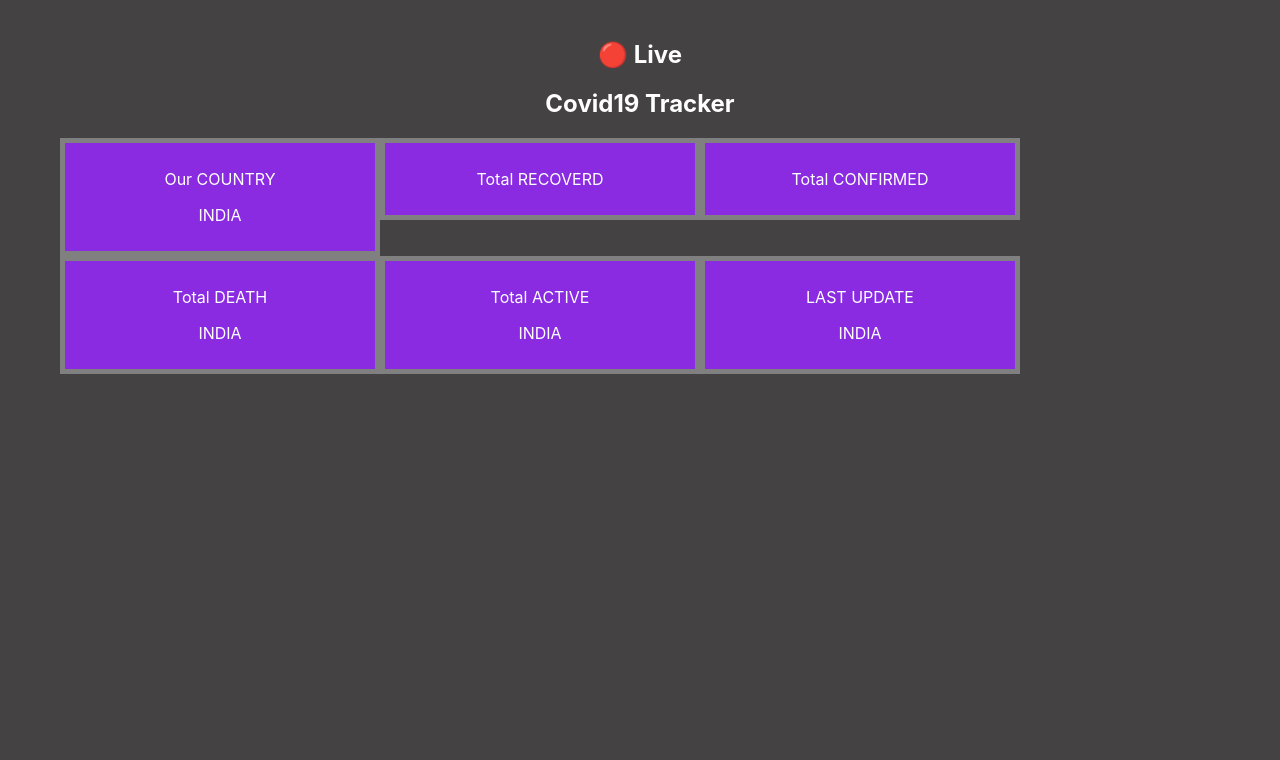
Repository: Aniketlamage/covid19-dashboard
Page: /
An editor plug-in stored every save of this project. The page is shown before and after the next save, followed by the edit.
The browser window is 1280 px wide. The pictures show the whole page.
The page's requests for data from a server got no answer. The project was rebuilt for these pictures with package versions that can differ from the ones it lists, and the page was loaded fresh each time. No one was signed in, and anything a server would have sent is missing.

Above is the page before, as saved 2021-09-30 15:06:08.

### src/App.js
import React from 'react'
import Covid from './components/covid';
const App = () => {
return(
<>
<Covid />
</>
)
}

export default App;

### src/components/covid.js
import React, { useEffect, useState } from 'react'
import "./covid.css"

const Covid = () => {
    const [data, setData] =  useState([]);
    const getCovidData = async () =>{
        try{
            const res = await fetch('https://data.covid19india.org/data.json')
            const actualData = await res.json();
            console.log(actualData.statewise[0]);
            setData(actualData.statewise[0]);
           }
        catch(err){console.log(err);}
    }

    useEffect(() => {
        getCovidData ();
    }, []);
return(

<>
<section>
<h1>🔴 Live </h1>
<h2>Covid19 Tracker</h2>

<ul>
    <li className = "card">
        <div className ="card__main">
            <div className ="card__inner">
                <p className="card__name"><span> Our </span> COUNTRY </p>
                <p classname="card__total card__small">INDIA</p>
            </div>
        </div>
    </li>
    <li className = "card">
        <div className ="card__main">
            <div className ="card__inner">
                <p className="card__name"><span> Total </span> RECOVERD </p>
                <p classname="card__total card__small">{data.recovered}</p>
            </div>
        </div>
    </li><li className = "card">
        <div className ="card__main">
            <div className ="card__inner">
                <p className="card__name"><span> Total </span> CONFIRMED </p>
                <p classname="card__total card__small">{data.confirmed}</p>
            </div>
        </div>
    </li><li className = "card">
        <div className ="card__main">
            <div className ="card__inner">
                <p className="card__name"><span> Total </span> DEATH </p>
                <p classname="card__total card__small">INDIA</p>
            </div>
        </div>
    </li><li className = "card">
        <div className ="card__main">
            <div className ="card__inner">
                <p className="card__name"><span> Total </span> ACTIVE </p>
                <p classname="card__total card__small">INDIA</p>
            </div>
        </div>
    </li><li className = "card">
        <div className ="card__main">
            <div className ="card__inner">
                <p className="card__name"><span> LAST </span> UPDATE </p>
                <p classname="card__total card__small">INDIA</p>
            </div>
        </div>
    </li>
</ul>
</section>
</>

)

}
export default Covid;

### src/components/covid.css

/*  Basic Styling */
.main,body {
    background-color: rgb(68, 66, 66);
    padding: 20px;
    text-align: center;
    min-height: 100vh;
    align-items: center;

}

h1, p, h2 {
    color: white;
}

ul{
    list-style-type:none;
    display: flex;
    flex-wrap: wrap;
}
div.card__inner {
    background-color: blueviolet;
    width: 290px;
    padding: 10px;
    border: 5px solid gray;
    margin: 0;
    align-items: center;
  }
.card_main {
    height: 150px;
    width: 400px;
    margin: 25px;
    align-items: center;
    background-color: rgb(116, 116, 209);
}

.card_name{
    font-size: 25px;
    font-weight: bold;
}

.card_name span {
    font-size: 15px;
}

.card_total {
    font-size: 20px;
    font-weight: bold;

}
.card__small {
    font-size: 80px;
}
@media (max-width: 700px)
{
    .card_total{font-size: 70px;}
}
@media (max-width: 700px)
{
    .card{
        width: 100%;
        height: 290px;
        margin-right: 0;
        float: none;
    }
    .card .card__inner,
    .card .card__back{
        height: 290px;
    }
}

.card {
    transition: transform .3s;
  }

  .card :hover {
    transition: transform .3s;
    -ms-transform: scale(1.2);
    -webkit-transform: scale(1.2);
    transform: scale(1.2);
  }

Loaded but not shown: public/index.html (common file); src/index.js (common file); src/index.css (common file); src/reportWebVitals.js (common file)

After the next save:
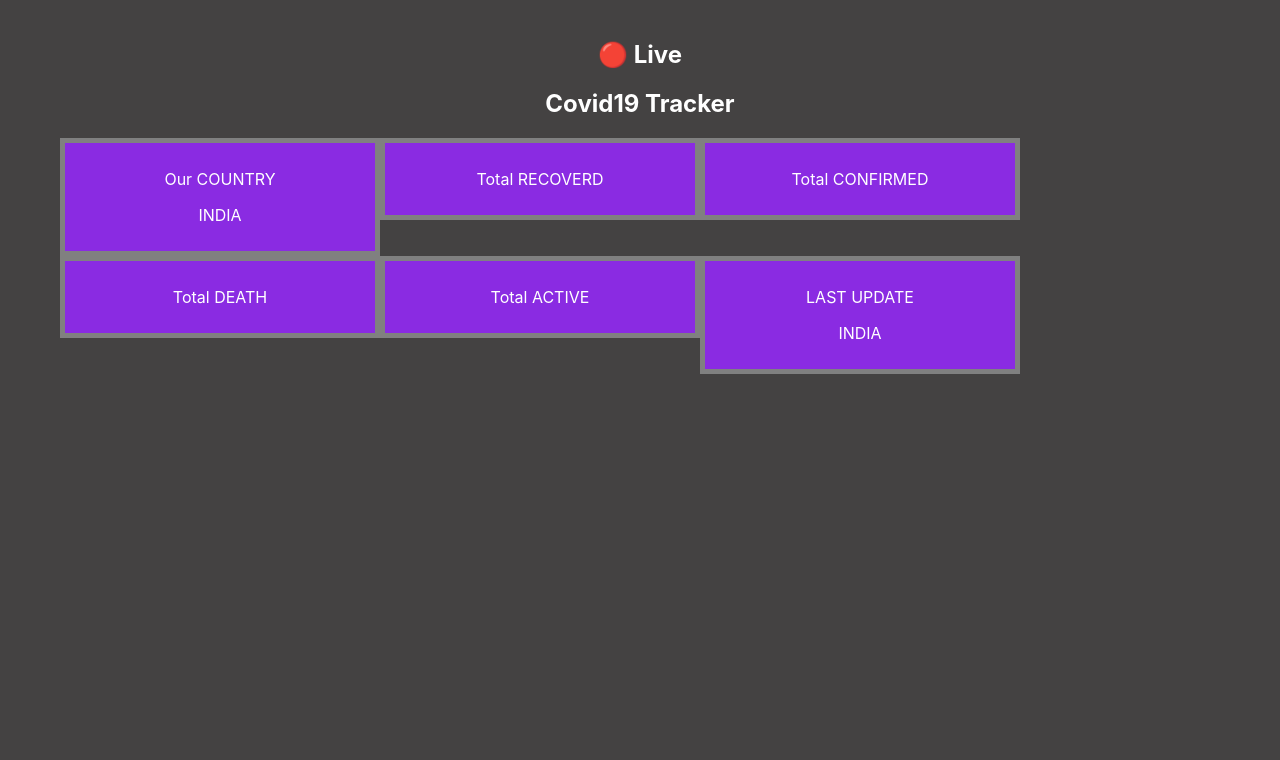
Saved 28 s later.
--- a/src/components/covid.js
+++ b/src/components/covid.js
@@ -50,14 +50,14 @@ return(
         <div className ="card__main">
             <div className ="card__inner">
                 <p className="card__name"><span> Total </span> DEATH </p>
-                <p classname="card__total card__small">INDIA</p>
+                <p classname="card__total card__small">{data.death}</p>
             </div>
         </div>
     </li><li className = "card">
         <div className ="card__main">
             <div className ="card__inner">
                 <p className="card__name"><span> Total </span> ACTIVE </p>
-                <p classname="card__total card__small">INDIA</p>
+                <p classname="card__total card__small">{data.active}</p>
             </div>
         </div>
     </li><li className = "card">
